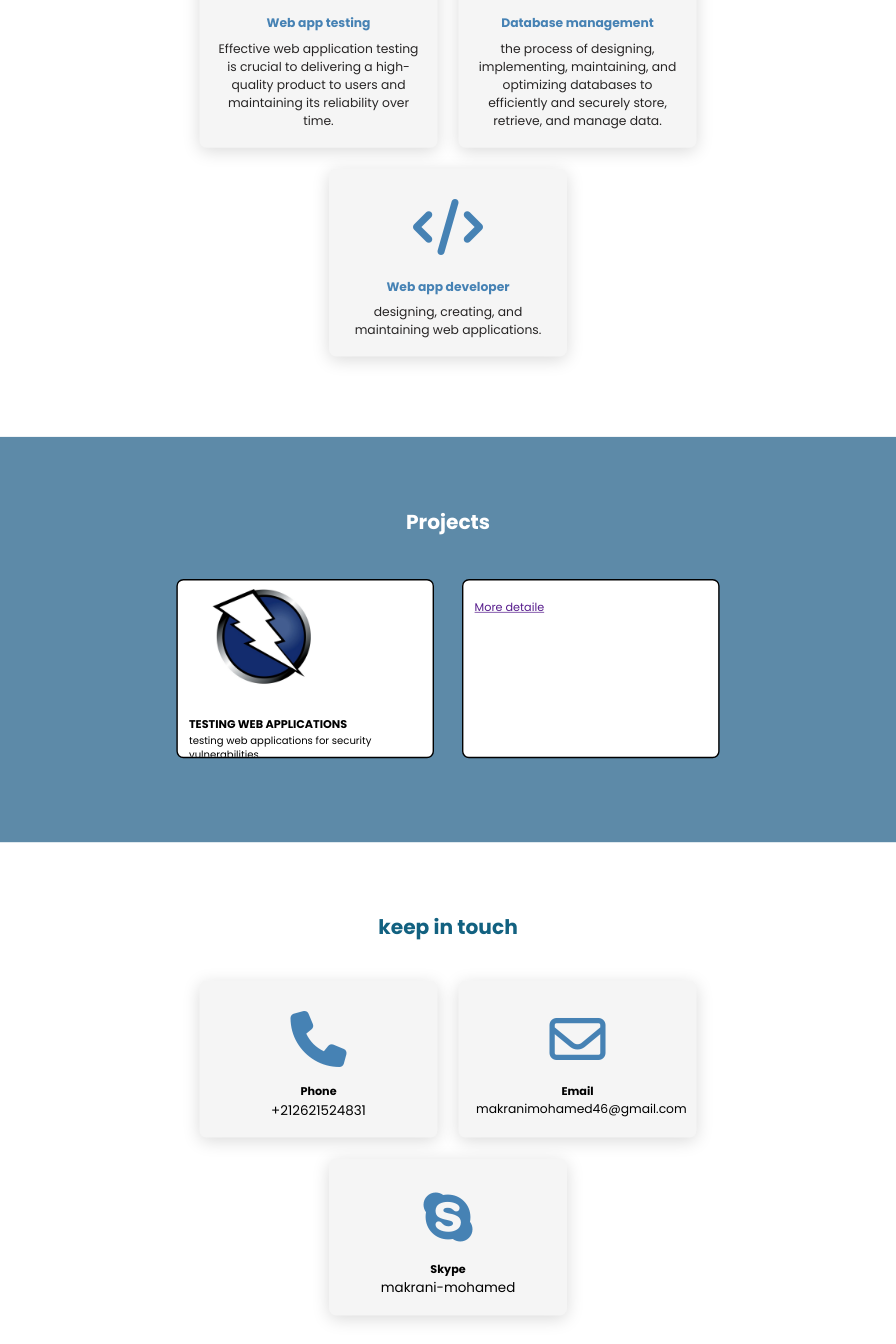
Repository: mohamed-makrani/Portfolio
Page: indixe.html
The author's editor kept a copy of each file at every save. The page is drawn from the files as they stood at one save, then again after the next save.
The browser window is 1280 px wide. The pictures show the part of the page from y = 1053 to 2973 px (the page is 3120 px tall), at 70% of full size.
Backgrounds fixed to the window are drawn as part of the page.

Above is the page before, as saved 2023-09-18 15:07:11.

After the next save:
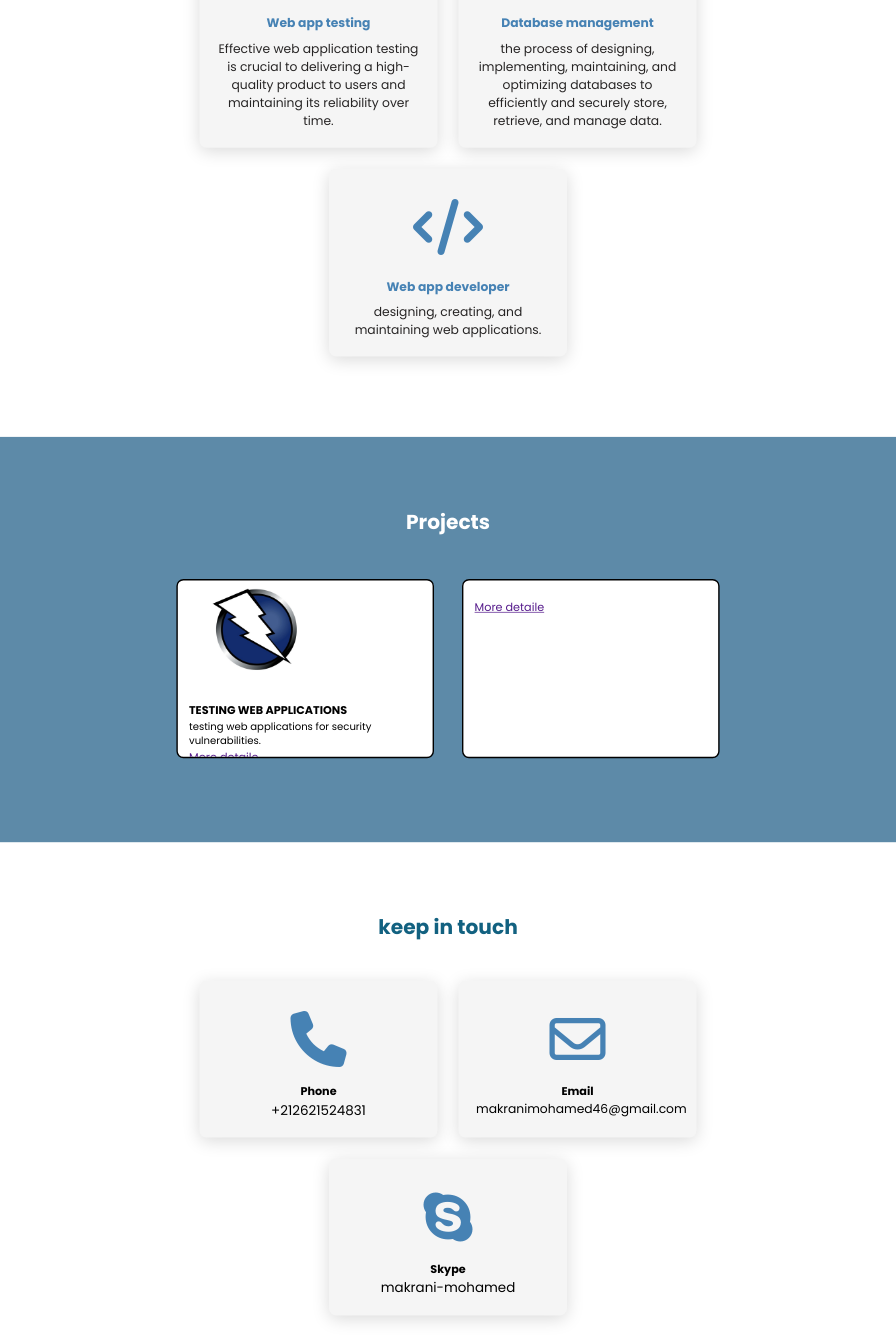
Saved 12 s later.
--- a/style.css
+++ b/style.css
@@ -205,7 +205,7 @@ opacity: 0.9;
 }*/
 .image img {
 
-  max-width:200px;
+  max-width:180px;
    padding: 10px 10px 10px 50px;
    justify-content: centre;
 }
